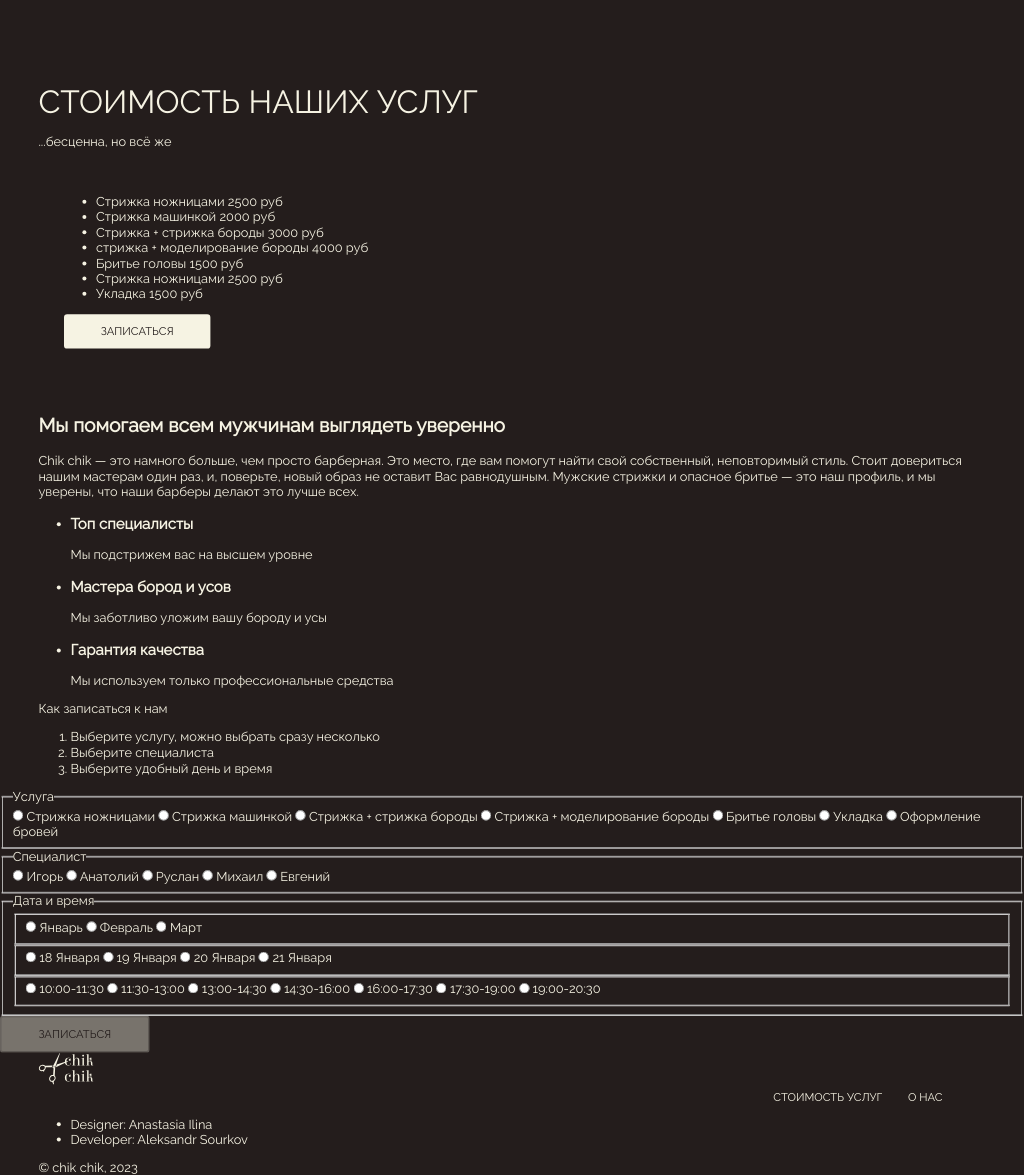
Repository: alexboagreek/chick-chick
Page: index.html
An editor plug-in stored every save of this project. The page is shown before and after the next save, followed by the edit.
The browser window is 1280 px wide. The pictures show the part of the page from y = 646 to 2115 px (the page is 2115 px tall), at 80% of full size.
A picture or video elsewhere on the page could not be fetched, so the positions and the page height are approximate.

Above is the page before, as saved 2023-01-18 17:27:37.

After the next save:
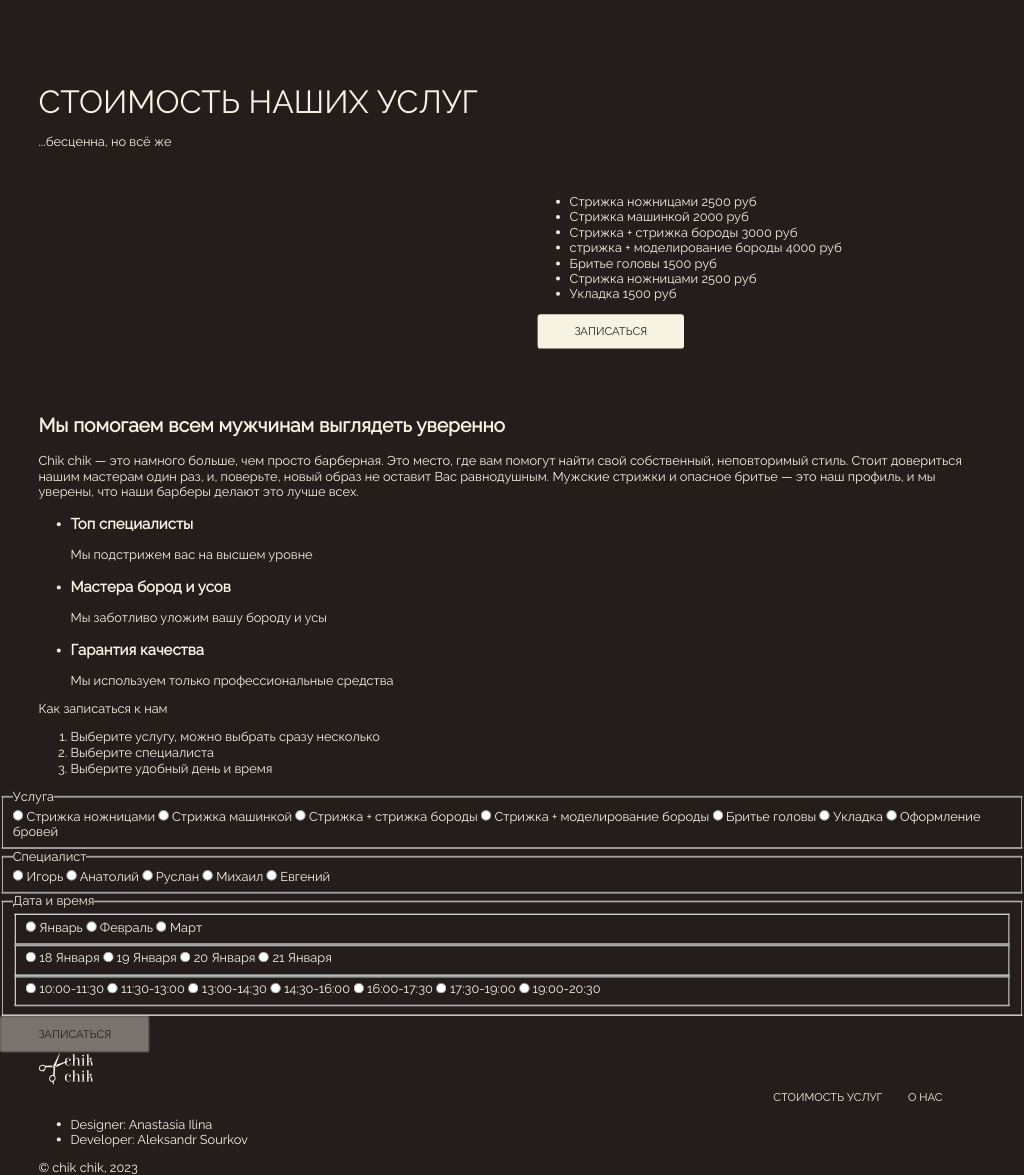
Saved 4 s later.
--- a/styles/price.css
+++ b/styles/price.css
@@ -20,7 +20,7 @@
 
 .price__wrapper-content:before {
     content: '';
-    flexba
+    flex-basis: 50%;
 }
 
 @media (max-width: 768px) {
